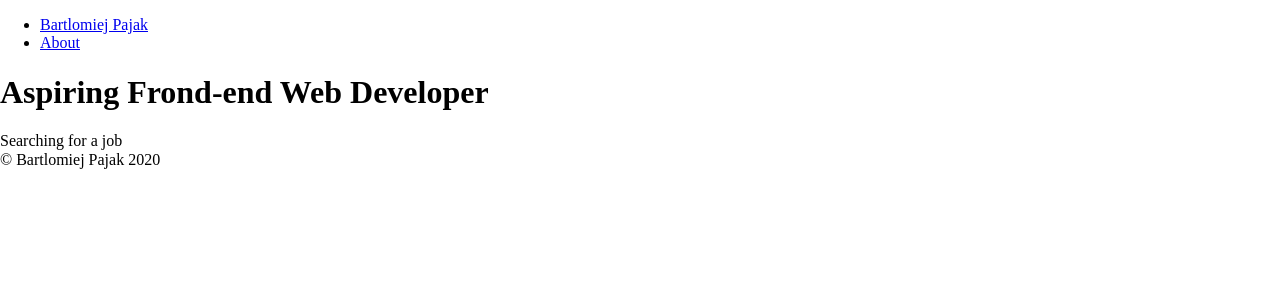
Repository: spidero7/personal-site
Page: index.html
The author's editor kept a copy of each file at every save. The page is drawn from the files as they stood at one save, then again after the next save.
The browser window is 1280 px wide. The pictures show the whole page.

Above is the page before, as saved 2020-04-15 21:48:58.

After the next save:
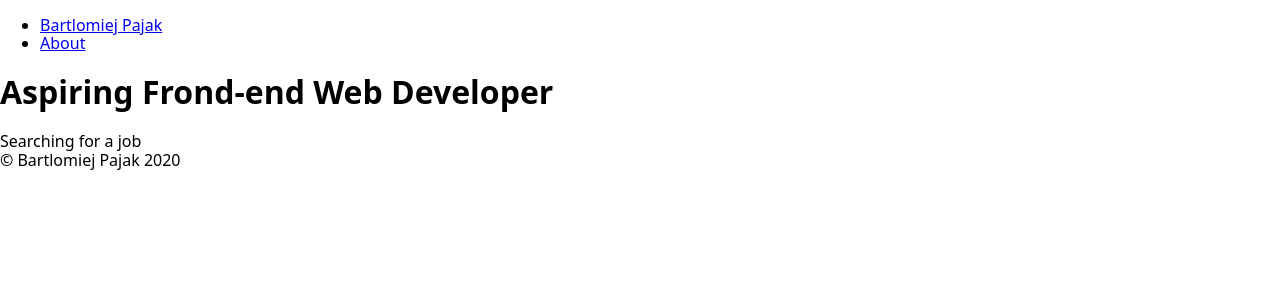
Saved 16 s later.
--- a/css/style.css
+++ b/css/style.css
@@ -7,5 +7,5 @@
 }
 
 body {
-
+    font-family: 'Noto Sans', sans-serif;
 }

After the save that followed:
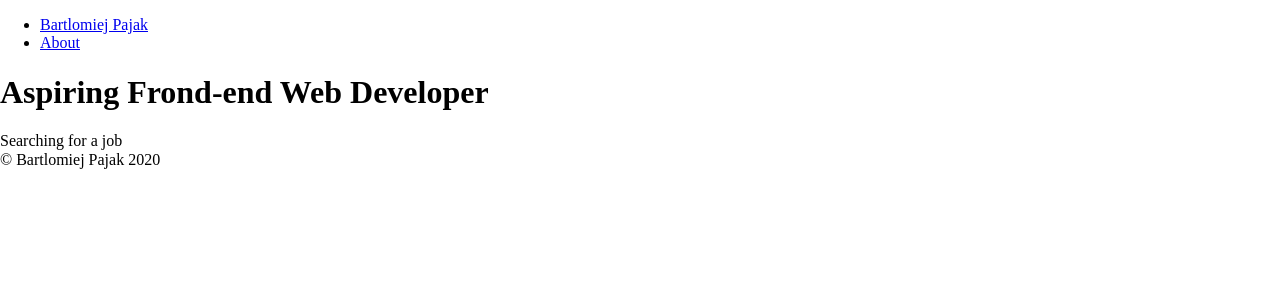
Saved 2 min 2 s later.
--- a/index.html
+++ b/index.html
@@ -7,7 +7,7 @@
         <meta name="viewport" content="width=device-width, initial-scale=1">
         <link rel="stylesheet" href="css/normalize.css">
         <link href="https://fonts.googleapis.com/css2?family=Noto+Sans&display=swap" rel="stylesheet">
-        <link rel="stylesheet" href="css/style.css">
+        <link href="https://fonts.googleapis.com/css2?family=Roboto+Mono:wght@500&display=swap" rel="stylesheet">
     </head>
 
     <body>
